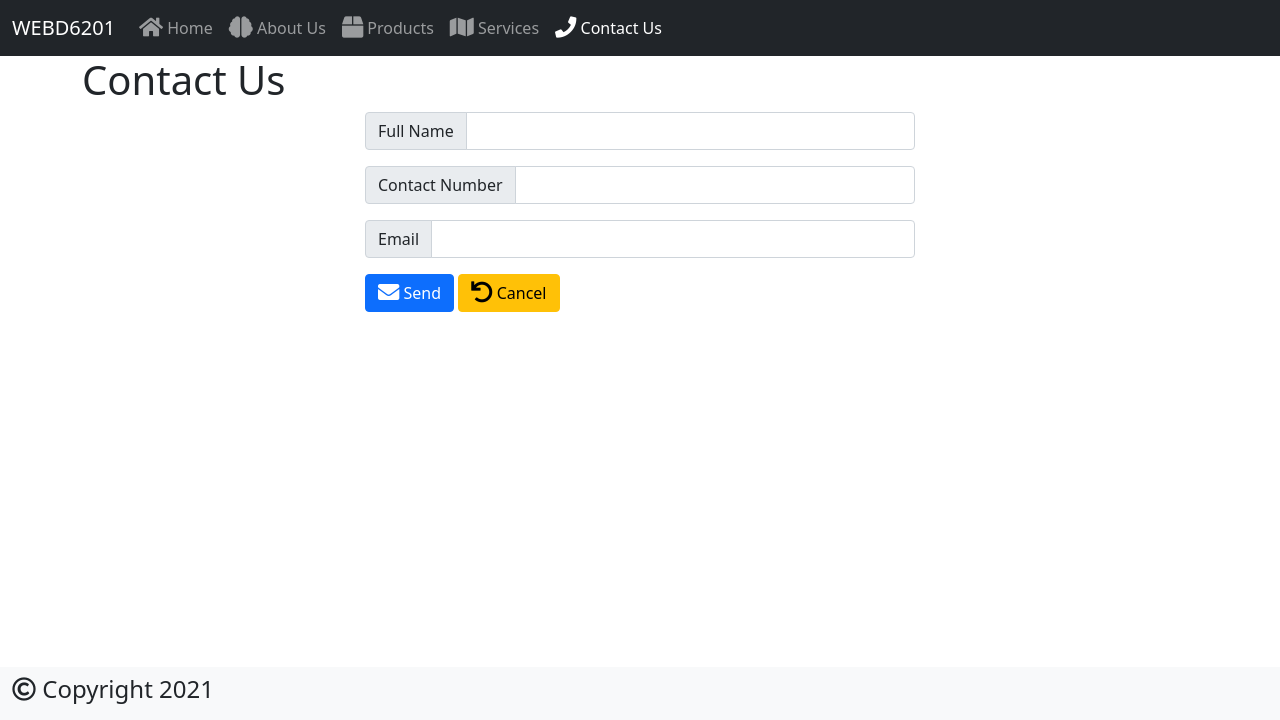
Repository: AshokSasi/WEBD6201-Week3
Page: contact.html
An editor plug-in stored every save of this project. The page is shown before and after the next save, followed by the edit.
The browser window is 1280 px wide. The pictures show the whole page.

Above is the page before, as saved 2021-01-21 10:49:04.

### contact.html
<!DOCTYPE html>
<html lang="en">
<head>
    <meta charset="UTF-8">
    <meta name="viewport" content="width=device-width, initial-scale=1.0">
    <title>Contact Us</title>
    <!-- CSS Section-->
    <link rel="stylesheet" href="./Content/app.css">
    <link rel="stylesheet" href="./node_modules/bootstrap/dist/css/bootstrap.min.css">
    <link rel="stylesheet" href="./node_modules/@fortawesome/fontawesome-free/css/all.min.css">
</head>
<body>
  <!-- Main Header -->
    <header>
      <!--main navbar-->
        <nav class="navbar navbar-expand-lg navbar-dark bg-dark">
            <div class="container-fluid">
              <a class="navbar-brand" href="index.html">WEBD6201</a>
              <button class="navbar-toggler" type="button" data-bs-toggle="collapse" data-bs-target="#navbarSupportedContent" aria-controls="navbarSupportedContent" aria-expanded="false" aria-label="Toggle navigation">
                <span class="navbar-toggler-icon"></span>
              </button>
              <div class="collapse navbar-collapse" id="navbarSupportedContent">
                <ul class="navbar-nav me-auto mb-2 mb-lg-0">
                  <li class="nav-item">
                    <a class="nav-link" aria-current="page" href="index.html"><i class="fas fa-home fa-lg"></i> Home</a>
                  </li>
                  <li class="nav-item">
                    <a class="nav-link" aria-current="page" href="about.html"><i class="fas fa-brain fa-lg"></i> About Us</a>
                  </li>
                  <li class="nav-item">
                    <a class="nav-link" aria-current="page" href="products.html"><i class="fas fa-box fa-lg"></i> Products</a>
                  </li>
                  <li class="nav-item">
                    <a class="nav-link" aria-current="page" href="services.html"><i class="fas fa-map fa-lg"></i> Services</a>
                  </li>
                  <li class="nav-item">
                    <a class="nav-link active" aria-current="page" href="contact.html"><i class="fas fa-phone fa-lg"></i> Contact Us</a>
                  </li>
                </ul>

              </div>
            </div>
          </nav>
    </header>

    <!-- Main Content-->
    <main class="container">
        <h1>Contact Us</h1>
       <div id="messageArea">
         default message
       </div>
        <!--Contact us form-->
        <div class="row justify-content-md-center g-3">
          <form class="col-lg-6 col-md-10 col-sm-10">

            <div class="input-group mb-3">
              <span class="input-group-text" id="inputGroup-sizing-default">Full Name</span>
              <input id= "fullName" type="text" class="form-control" aria-label="Full Name" aria-describedby="Full Name Input"
              name="fullName" required>
            </div>


            <div class="input-group mb-3">
              <span class="input-group-text" id="inputGroup-sizing-default">Contact Number</span>
              <input id= "contactNumber" type="tel" class="form-control" aria-label="Contact Number" aria-describedby="Contact Number Input"
              name="contactNumber" required>
            </div>

            <div class="input-group mb-3">
              <span class="input-group-text" id="inputGroup-sizing-default">Email</span>
              <input id= "emailAddress" type="email" class="form-control" aria-label="Email Address" aria-describedby="Email Address Input"
              name="emailAddress" required>
            </div>

            <button type="submit" class="btn btn-primary"><i class="fas fa-envelope fa-lg"></i> Send</button>
            <button type="reset" class="btn btn-warning"><i class="fas fa-undo fa-lg"></i> Cancel</button>
          </form>

        </div>

    </main>

    <!--Main Footer Nav -->
    <footer>
        <nav class="navbar fixed-bottom navbar-light bg-light">
            <div class="container-fluid">
              <h4><i class="far fa-copyright"></i> Copyright 2021</h4>
            </div>
          </nav>
    </footer>

    <!--Javascript section-->
    <script src="./Scripts/app.js"></script>
    <script src="./node_modules/jquery/dist/jquery.min.js"></script>
    <script src="./node_modules/bootstrap/dist/js/bootstrap.bundle.min.js"></script>
</body>
</html>

### Scripts/app.js

//IIFE Immediately Function Expression
//AKA - Anonymous Self- Executing Function
//Closure - Limits scop leak

"use strict";

(function()
{
    function displayHome()
    {
        let paragraphOneText =
          "This is a simple site to demonstrate DOM manipulation for ICE 1";

        let paragraphOneElement = document.getElementById("paragraphOne");

        paragraphOneElement.textContent = paragraphOneText;
        paragraphOneElement.className = "fs-5";

        // Step 1: document.createElement
        let newParagraph = document.createElement("p");
        // Step 2: Configure the element
        newParagraph.setAttribute("id", "paragraphTwo");
        newParagraph.textContent = "... And this is paragraph two";
        // Step 3: Select the parent element
        let mainContent = document.getElementsByTagName("main")[0];
        // Step4: Add/Insert the element
        mainContent.appendChild(newParagraph);

        newParagraph.className = "fs-6";

        //another way of injecting content
        let paragraphDiv = document.createElement("div");
        let paragraphThree = `<p id="paragraphThree" class="fs-7 fw-bold">And this is the third paragraph</p>`;
        paragraphDiv.innerHTML = paragraphThree;

        //example of inserting before a node.
        //  newParagraph.before(paragraphDiv)

        //example of inserting after a node.
        newParagraph.after(paragraphDiv);

        //delete elements
        //paragraphOneElement.remove();

        //example of remove child
        mainContent.removeChild(paragraphOneElement);

        //update / modification
        // mainContent.firstElementChild.textContent = "Welcome Home";

        mainContent.innerHTML = `<h1 id="firstHeading">Welcome to WEBD6201 - ICE 1</h1>
     <p id="paragraphOne" class="fs-3 fw-bold">This is my first paragraph</p>
     `;

    }

    function displayAbout()
    {

    }

    function displayProducts()
    {

    }

    function displayServices()
    {

    }

    function displayContact()
    {
        let messageArea = document.getElementById("messageArea");
        messageArea.hidden = true;

        //form validation
        let fullName = document.getElementById("fullName");
        fullName.addEventListener("blur", function(){

            if(fullName.value.length < 2)
            {
                fullName.focus();
                fullName.select();
            }

        })
    }

    function Start()
    {
        console.log("App started ...");
        console.log(document.title);
        switch (document.title)
        {
          case "Home":
              displayHome();
            break;
          case "About":
              displayAbout();
            break;
          case "Products":
              displayProducts();
            break;
          case "Services":
              displayServices();
            break;
          case "Contact Us":
              displayContact();
            break;
        }


    }
    window.addEventListener("load", Start);
})();

Loaded but not shown: node_modules/bootstrap/dist/css/bootstrap.min.css (library); node_modules/@fortawesome/fontawesome-free/css/all.min.css (library); node_modules/jquery/dist/jquery.min.js (library); node_modules/bootstrap/dist/js/bootstrap.bundle.min.js (library); Content/app.css (no stored copy; drawn as an empty file)

After the next save:
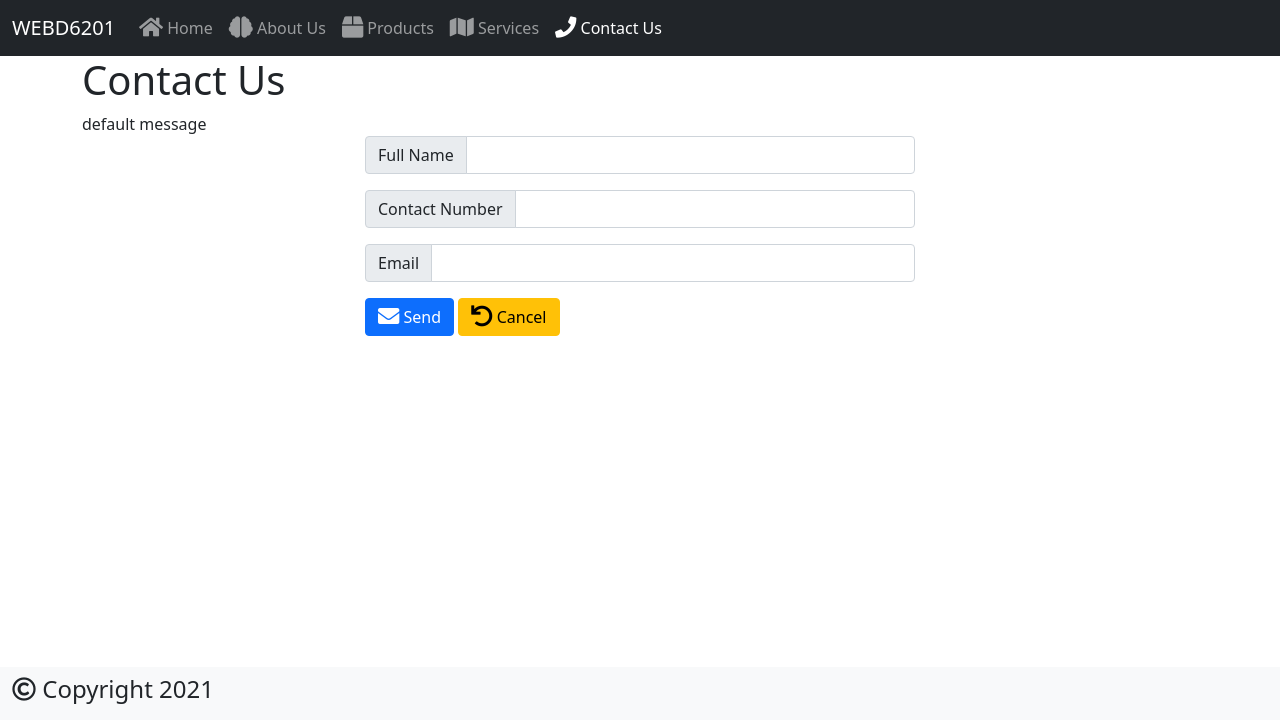
Saved 5 s later.
--- a/Scripts/app.js
+++ b/Scripts/app.js
@@ -73,7 +73,7 @@
     function displayContact()
     {
         let messageArea = document.getElementById("messageArea");
-        messageArea.hidden = true;
+        //messageArea.hidden = true;
 
         //form validation
         let fullName = document.getElementById("fullName");

After the save that followed:
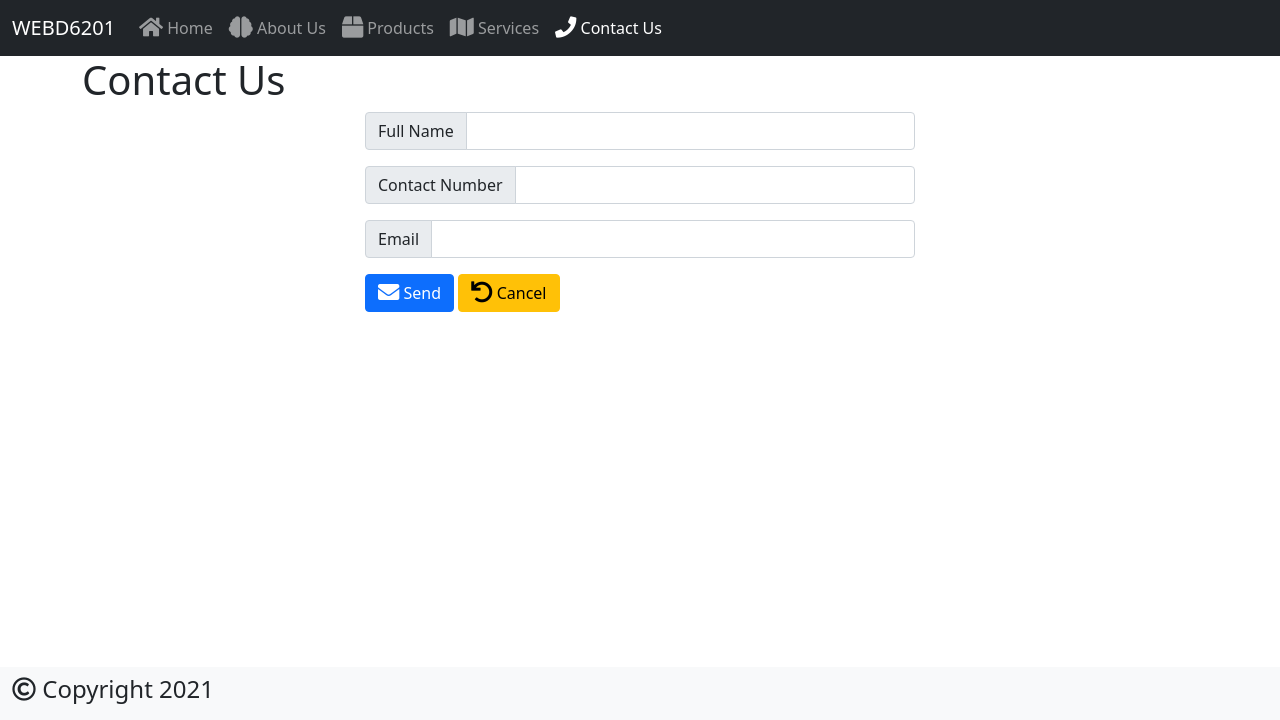
Saved 39 s later.
--- a/contact.html
+++ b/contact.html
@@ -46,8 +46,8 @@
     <!-- Main Content-->
     <main class="container">
         <h1>Contact Us</h1>
-       <div id="messageArea">
-         default message
+       <div id="messageArea" class="alert-danger">
+
        </div>
         <!--Contact us form-->
         <div class="row justify-content-md-center g-3">
